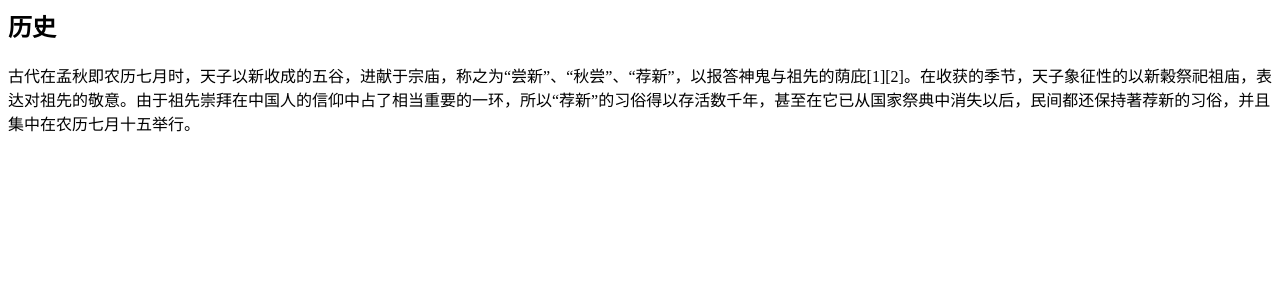
Repository: XueJie1/computer-operation-basics
Page: pages/hungryghostfes/history.html
The author's editor kept a copy of each file at every save. The page is drawn from the files as they stood at one save, then again after the next save.
The browser window is 1280 px wide. The pictures show the whole page.

Above is the page before, as saved 2023-09-11 21:05:42.

After the next save:
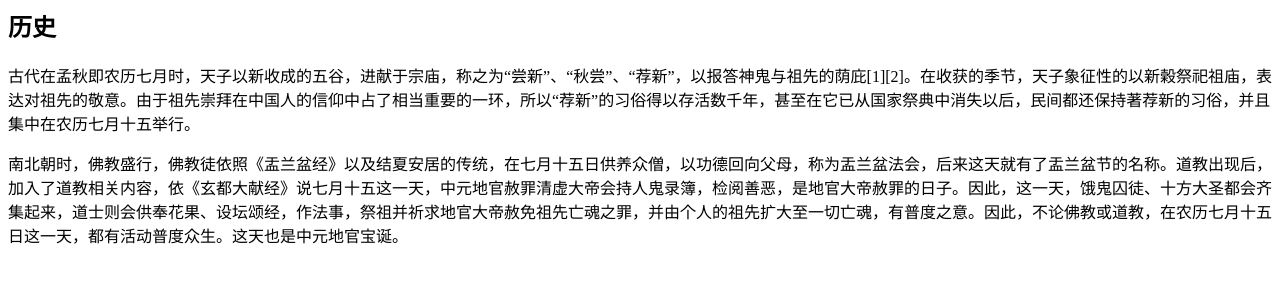
Saved 11 s later.
--- a/pages/hungryghostfes/history.html
+++ b/pages/hungryghostfes/history.html
@@ -1,3 +1,5 @@
 <h2>历史</h2>
 <p>古代在孟秋即农历七月时，天子以新收成的五谷，进献于宗庙，称之为“尝新”、“秋尝”、“荐新”，以报答神鬼与祖先的荫庇[1][2]。在收获的季节，天子象征性的以新榖祭祀祖庙，表达对祖先的敬意。由于祖先崇拜在中国人的信仰中占了相当重要的一环，所以“荐新”的习俗得以存活数千年，甚至在它已从国家祭典中消失以后，民间都还保持著荐新的习俗，并且集中在农历七月十五举行。
 </p>
+<p>南北朝时，佛教盛行，佛教徒依照《盂兰盆经》以及结夏安居的传统，在七月十五日供养众僧，以功德回向父母，称为盂兰盆法会，后来这天就有了盂兰盆节的名称。道教出现后，加入了道教相关内容，依《玄都大献经》说七月十五这一天，中元地官赦罪清虚大帝会持人鬼录簿，检阅善恶，是地官大帝赦罪的日子。因此，这一天，饿鬼囚徒、十方大圣都会齐集起来，道士则会供奉花果、设坛颂经，作法事，祭祖并祈求地官大帝赦免祖先亡魂之罪，并由个人的祖先扩大至一切亡魂，有普度之意。因此，不论佛教或道教，在农历七月十五日这一天，都有活动普度众生。这天也是中元地官宝诞。
+</p>
